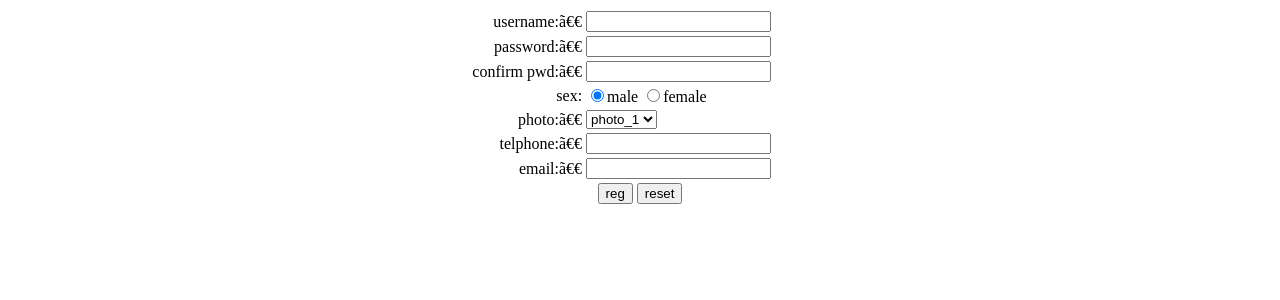
Repository: GetHubByYc/MyEclipse
Page: http://localhost/CheckLogin/reg.jsp
These files come from the project's save history. The page is drawn as it stood at one moment and after the next save; the edit follows.
The browser window is 1280 px wide. The pictures show the whole page.
The page is served by Tomcat 9.

Above is the page before, as saved 2015-11-13 14:32:16.

After the next save:
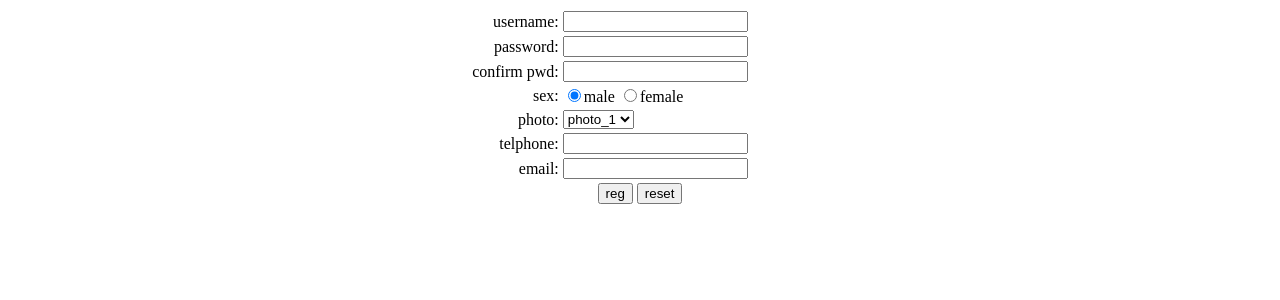
Saved 11 h 6 min later.
--- a/CheckLogin/WebRoot/reg.jsp
+++ b/CheckLogin/WebRoot/reg.jsp
@@ -20,19 +20,19 @@
   <form action="RegServlet" method="post" onSubmit="return reg(this);">
     <table align="center" width="450" border="0">
     	<tr>
-    		<td align="right">username:　</td>
+    		<td align="right">username:</td>
     		<td><input type="text" name="username" ></td>
     	</tr>
     	<tr>
-    		<td align="right">password:　</td>
+    		<td align="right">password:</td>
     		<td><input type="text" name="pwd" ></td>
     	</tr>
     	<tr>
-    		<td align="right">confirm pwd:　</td>
+    		<td align="right">confirm pwd:</td>
     		<td><input type="text" name="repwd" ></td>
     	</tr>
     	<tr>
-    		<td align="right">sex: </td>
+    		<td align="right">sex:</td>
     		<td>
     			<input type="radio" name="sex" value="male" checked="checked">male
     			<input type="radio" name="sex" value="fmale">female
@@ -40,7 +40,7 @@
 
     	</tr>
     	<tr>
-    		<td align="right">photo:　</td>
+    		<td align="right">photo:</td>
     		<td>
     			<select name="photo" id="photo" onchange="change();">
     				<option value="images/avatar_Dante_small1.jpg" selected="selected">photo_1</option>
@@ -51,11 +51,11 @@
     		</td>
     	</tr>
     	<tr>
-    		<td align="right">telphone:　</td>
+    		<td align="right">telphone:</td>
     		<td><input type="text" name="tel" ></td>
     	</tr>
     	<tr>
-    		<td align="right">email:　</td>
+    		<td align="right">email:</td>
     		<td><input type="text" name="email" ></td>
     	</tr>
     	<tr>
